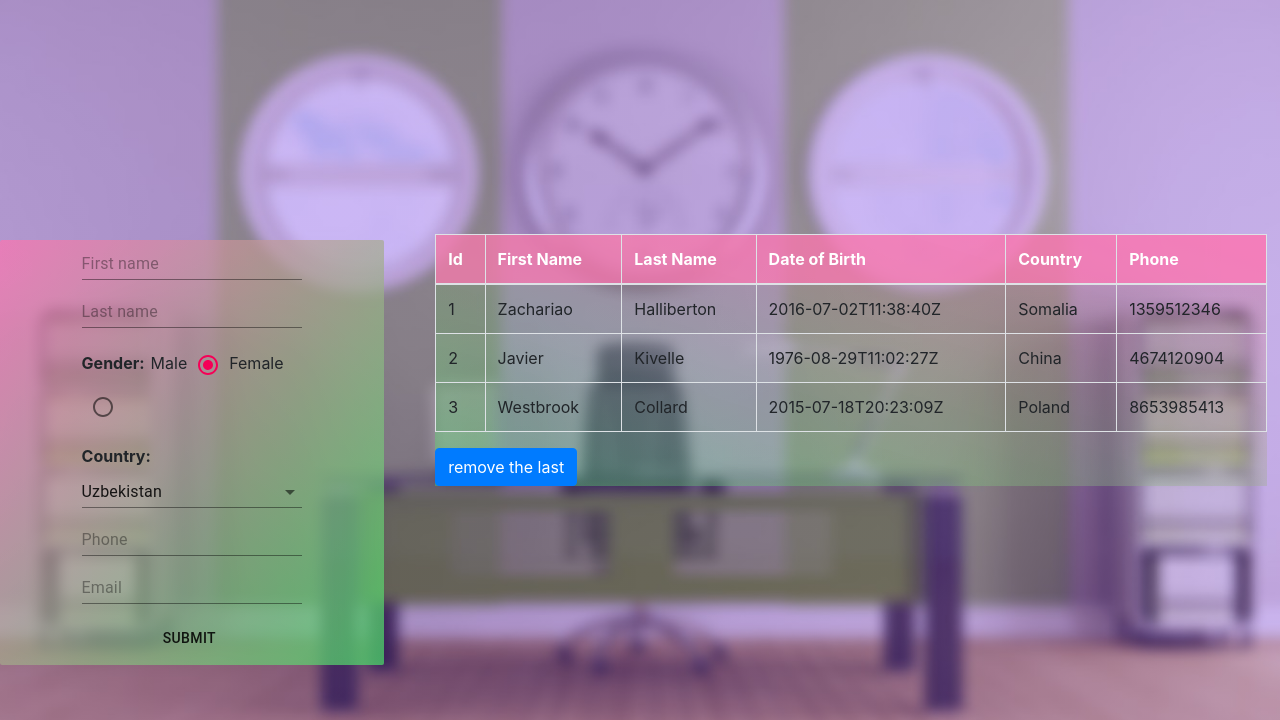
Repository: abrorsaidov/table-table
Page: /
An editor plug-in stored every save of this project. The page is shown before and after the next save, followed by the edit.
The browser window is 1280 px wide. The pictures show the whole page.
The project was rebuilt for these pictures with package versions that can differ from the ones it lists, and the page was loaded fresh each time. Also part of the build but not shown: src/components/reducer.js, src/components/state.js, src/components/ComponentC.js.

Above is the page before, as saved 2020-12-08 03:06:13.

### src/App.js
import React, { useContext } from "react";
import { Provider } from "react-redux";
import store from "./redux/store";
import "./App.css";
import UserContext from "./components/userContext";
import State from "./components/state";
import ComponentC from "./components/ComponentC";
import Forms from "./components/Forms";
import MyTable from "./components/MyTable";

function App() {
  return (
    <Provider store={store}>
      <div className="App">
        <Forms />
        <MyTable />
      </div>
    </Provider>
  );
}

export default App;

### src/redux/store.js
import { createStore } from "redux";
import tableReducer from "./table/tableReducer";

const store = createStore(tableReducer);

export default store;

### src/App.css
@import url("https://fonts.googleapis.com/css2?family=Nunito+Sans:wght@200&display=swap");

* {
  margin: 0;
  padding: 0;
}

body {
  background: linear-gradient(
      to bottom right,
      rgba(104, 37, 238, 0.3),
      rgba(104, 37, 238, 0.3)
    ),
    url("../src/office.jpg");
  background-attachment: fixed;
  background-repeat: no-repeat;
  font-family: "Nunito Sans", sans-serif;
  background-size: cover;
}

.form-wrapper {
  background: linear-gradient(
    to bottom right,
    rgba(255, 114, 175, 0.7),
    rgba(75, 226, 105, 0.7)
  );
  display: flex;
  flex-direction: column;
  justify-content: center;
  align-items: center;
  width: 30%;
  left: 10%;
  border-radius: 2px;
  margin-top: 15em;
  /* transform: translateY(50%); */
  padding: 0.5em;
}

.text {
  width: 60%;
}
.text .country {
  display: flex;
  justify-content: space-between;
}
.text {
  margin-bottom: 1em;
}
label.main {
  font-weight: bold;
  margin-right: 6px;
}

.submit-btn {
  background: rgba(129, 232, 27, 0.912);
  width: 60%;
  text-align: center;
  border-radius: 7px;
}
small.error {
  display: block;
  color: red;
}
small.hide {
  color: red;
  display: none;
}

option {
  cursor: pointer;
}

.inputs {
  width: 100%;
}

.myTable {
  background: linear-gradient(
    to top right,
    rgba(75, 226, 105, 0.4),
    rgba(255, 114, 175, 0.337)
  );
  position: absolute;
  width: 65%;
  top: 50%;
  transform: translateY(-50%);
  right: 1%;
  /* justify-content: center;
  display: flex; */
}

thead {
  background: rgba(255, 114, 175, 0.7);
  color: white;
}

### src/components/MyTable.js
import React, { useMemo } from "react";
import { connect } from "react-redux";

import { addRow, removeLast } from "../redux";
import { useTable } from "react-table";
import MOCK_DATA from "./MOCK_DATA.json";
import { COLUMNS } from "./columns";
import { Table, Button } from "react-bootstrap";
import "bootstrap/dist/css/bootstrap.min.css";

const MyTable = (props) => {
  const columns = useMemo(() => COLUMNS, []);
  const data = useMemo(() => props.rows, [props.rows]);
  // return console.log(data);

  const tableInstance = useTable({
    columns,
    data,
  });

  const {
    getTableProps,
    getTableBodyProps,
    headerGroups,
    rows,
    prepareRow,
  } = tableInstance;

  return (
    <div className="myTable">
      <Table striped bordered hover className={""} {...getTableProps()}>
        <thead>
          {headerGroups.map((headerGroup) => (
            <tr {...headerGroup.getHeaderGroupProps()}>
              {headerGroup.headers.map((column) => (
                <th {...column.getHeaderProps()}>{column.render("Header")}</th>
              ))}
            </tr>
          ))}
        </thead>
        <tbody {...getTableBodyProps()}>
          {rows.map((row) => {
            prepareRow(row);
            return (
              <tr {...row.getRowProps()}>
                {row.cells.map((cell) => {
                  return (
                    <td {...cell.getCellProps()}>{cell.render("Cell")}</td>
                  );
                })}
              </tr>
            );
          })}
        </tbody>
      </Table>
      <Button onClick={props.removeLast}>remove the last</Button>
    </div>
  );
};

const state2Props = (state) => {
  return {
    test: state.test,
    rows: state.rows,
  };
};

const dispatch2Props = (dispatch) => {
  return {
    removeLast: () => dispatch(removeLast()),
    addRow: () => dispatch(addRow()),
  };
};

export default connect(state2Props, dispatch2Props)(MyTable);

### src/redux/table/tableReducer.js
import { addRow } from "./tableActions";
import { ADD_ROW, REMOVE_LAST } from "./tableTypes";

const initialState = {
  rows: [
    {
      id: 1,
      first_name: "Zachariao",
      last_name: "Halliberton",
      email: "zhalliberton0@dyndns.org",
      date_of_birth: "2016-07-02T11:38:40Z",
      age: 53,
      country: "Somalia",
      phone: "1359512346",
    },
    {
      id: 2,
      first_name: "Javier",
      last_name: "Kivelle",
      email: "jkivelle1@boston.com",
      date_of_birth: "1976-08-29T11:02:27Z",
      age: 33,
      country: "China",
      phone: "4674120904",
    },
    {
      id: 3,
      first_name: "Westbrook",
      last_name: "Collard",
      email: "wcollard2@barnesandnoble.com",
      date_of_birth: "2015-07-18T20:23:09Z",
      age: 18,
      country: "Poland",
      phone: "8653985413",
    },
  ],
};

const tableReducer = (state = initialState, action) => {
  switch (action.type) {
    case ADD_ROW:
      return {
        ...state,
        rows: [...state.rows, action.payload],
      };
    case REMOVE_LAST:
      return {
        ...state,
        rows: state.rows.filter((value, index, arr) => {
          return index < state.rows.length - 1;
        }),
      };
    default:
      return state;
  }
};

export default tableReducer;

### src/redux/index.js
export { addRow, removeLast } from "./table/tableActions";

### src/components/columns.js
export const COLUMNS = [
    {
        Header: 'Id',
        accessor: 'id',
    },
    {
        Header: 'First Name',
        accessor: 'first_name',
    },
    {
        Header: 'Last Name',
        accessor: 'last_name',
    },
    {
        Header: 'Date of Birth',
        accessor: 'date_of_birth',
    },
    {
        Header: 'Country',
        accessor: 'country',
    },
    {
        Header: 'Phone',
        accessor: 'phone',
    },
];

### src/redux/table/tableActions.js
import { ADD_ROW, REMOVE_LAST } from "./tableTypes";

export const addRow = (row) => {
  return {
    type: ADD_ROW,
    payload: row,
  };
};
export const removeLast = () => {
  return {
    type: REMOVE_LAST,
  };
};

### src/redux/table/tableTypes.js
export const ADD_ROW = "ADD_ROW";
export const REMOVE_LAST = "REMOVE_LAST";

Loaded but not shown: public/index.html (common file); src/index.js (common file); src/index.css (common file); src/reportWebVitals.js (common file); src/components/userContext.js (common file); src/components/MOCK_DATA.json (32 lines, source omitted); src/components/Forms.js (408 lines, source omitted)

After the next save:
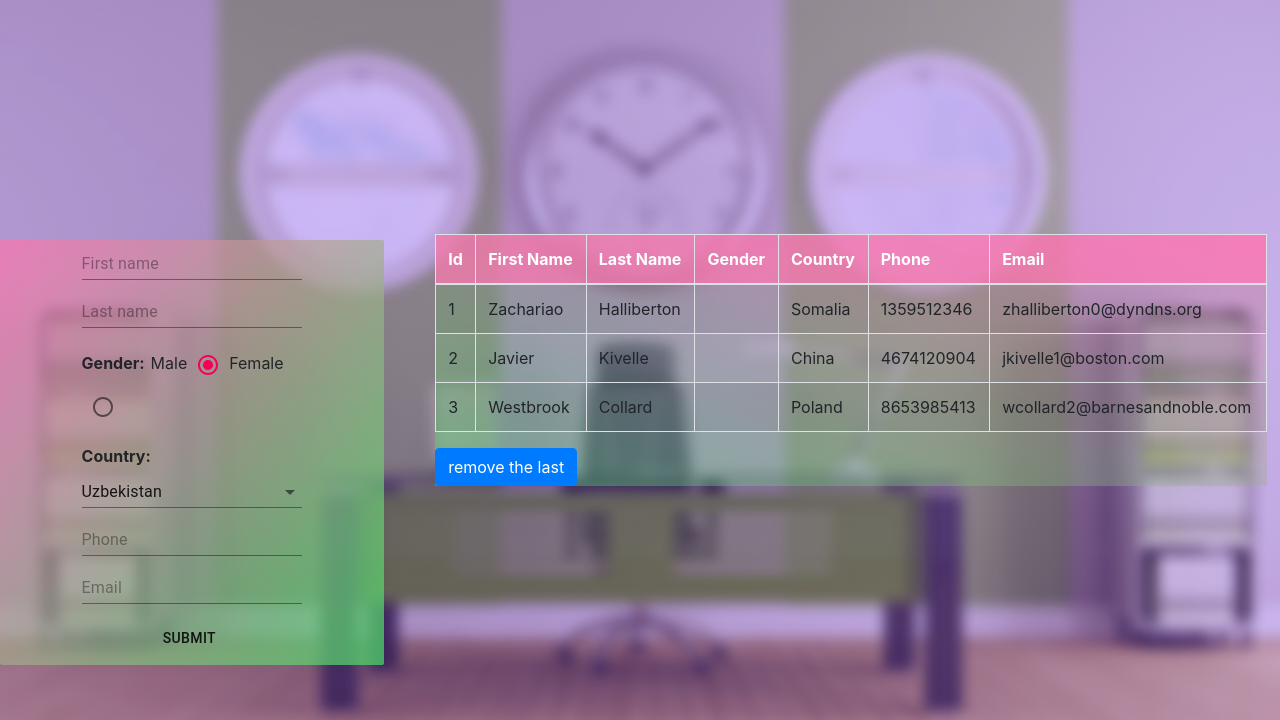
Saved 2 min 3 s later.
--- a/src/components/columns.js
+++ b/src/components/columns.js
@@ -1,26 +1,30 @@
 export const COLUMNS = [
-    {
-        Header: 'Id',
-        accessor: 'id',
-    },
-    {
-        Header: 'First Name',
-        accessor: 'first_name',
-    },
-    {
-        Header: 'Last Name',
-        accessor: 'last_name',
-    },
-    {
-        Header: 'Date of Birth',
-        accessor: 'date_of_birth',
-    },
-    {
-        Header: 'Country',
-        accessor: 'country',
-    },
-    {
-        Header: 'Phone',
-        accessor: 'phone',
-    },
+  {
+    Header: "Id",
+    accessor: "id",
+  },
+  {
+    Header: "First Name",
+    accessor: "first_name",
+  },
+  {
+    Header: "Last Name",
+    accessor: "last_name",
+  },
+  {
+    Header: "Gender",
+    accessor: "gender",
+  },
+  {
+    Header: "Country",
+    accessor: "country",
+  },
+  {
+    Header: "Phone",
+    accessor: "phone",
+  },
+  {
+    Header: "Email",
+    accessor: "email",
+  },
 ];
